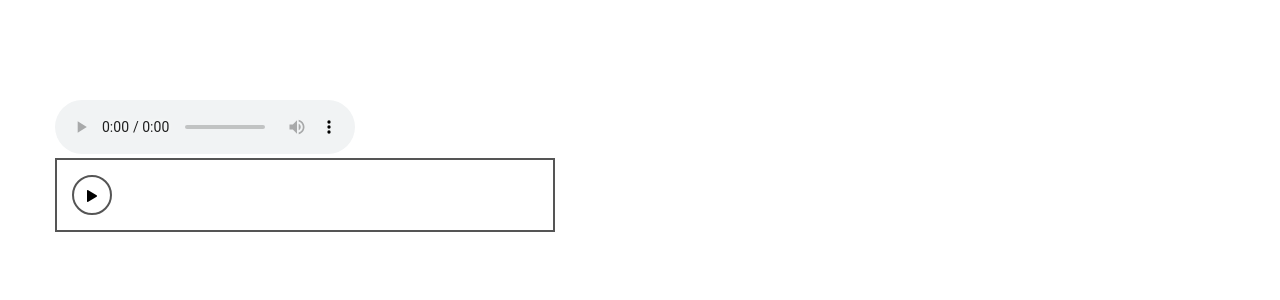
Repository: khanhbinh87/learnJs
Page: customSelect/customAudio/index.html
An editor plug-in stored every save of this project. The page is shown before and after a run of saves, followed by the edit.
The browser window is 1280 px wide. The pictures show the whole page.
After loading, the first visible `div.play` was clicked once.

Above is the page before, as saved 2021-06-18 11:06:41.

After the next 2 saves:
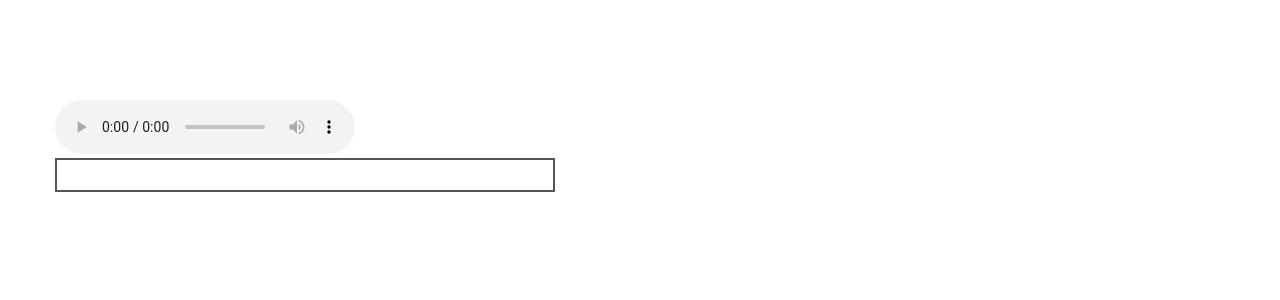
The 2 saves are shown as one change because they came seconds apart.
The last was saved 7 s later.
--- a/customSelect/customAudio/main.js
+++ b/customSelect/customAudio/main.js
@@ -6,5 +6,6 @@
 
 playBtn.addEventListener('click',function(){
     audioEl.play();
-    playBtn.style
+    playBtn.style.display ="none";
+
 })

After the save that followed:
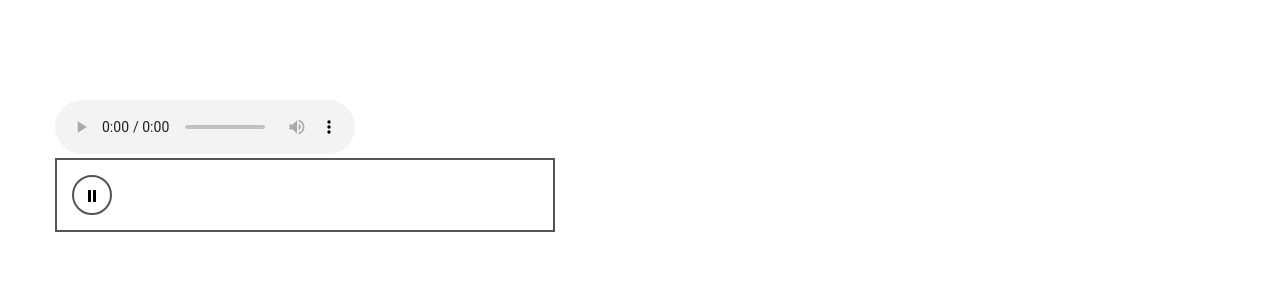
Saved 11 s later.
--- a/customSelect/customAudio/main.js
+++ b/customSelect/customAudio/main.js
@@ -7,5 +7,5 @@
 playBtn.addEventListener('click',function(){
     audioEl.play();
     playBtn.style.display ="none";
-
+    pauseBtn.style.display = "block"
 })
